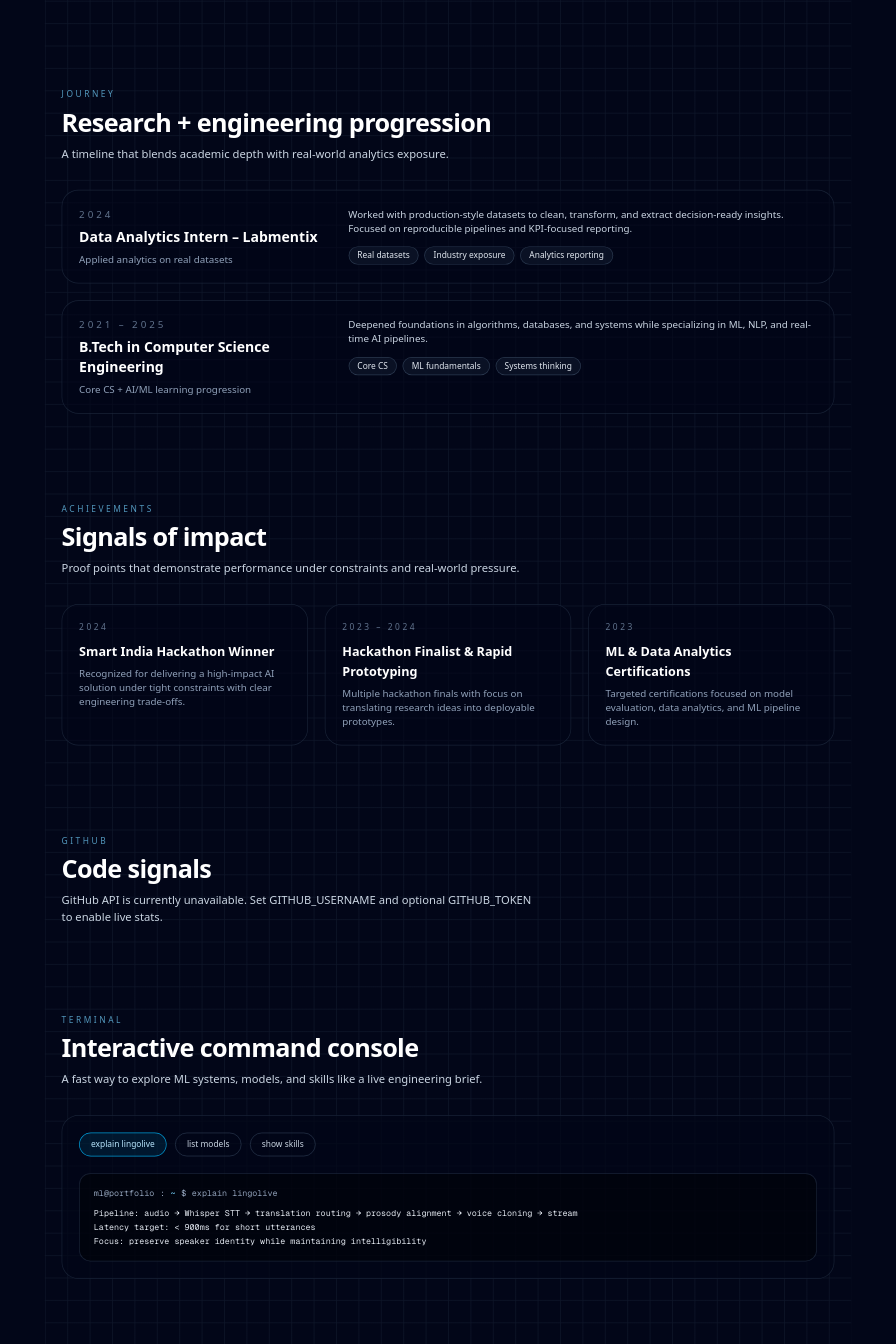
Repository: amitkumar0509/amit-portfolio
Page: /
These files come from the project's save history. The page is drawn as it stood at one moment and after the next save; the edit follows.
The browser window is 1280 px wide. The pictures show the part of the page from y = 4580 to 6500 px (the page is 7726 px tall before and 8091 px after), at 70% of full size.
The page's requests for data from a server got no answer. The project was rebuilt for these pictures with package versions that can differ from the ones it lists, and the page was loaded fresh each time. The framework's server and built-in components were replaced by stand-ins that run in the browser. No one was signed in, and anything a server would have sent is missing. Also part of the build but not shown: next.config.ts.

Above is the page before, as saved 2026-01-31 15:21:27.

### src/app/layout.tsx
import type { Metadata } from "next";
import { Geist, Geist_Mono } from "next/font/google";
import "./globals.css";

const geistSans = Geist({
  variable: "--font-geist-sans",
  subsets: ["latin"],
});

const geistMono = Geist_Mono({
  variable: "--font-geist-mono",
  subsets: ["latin"],
});

export const metadata: Metadata = {
  title: {
    default: "AI & Machine Learning Engineer | Real-Time Intelligent Systems",
    template: "%s | AI/ML Portfolio",
  },
  description:
    "Production-grade portfolio showcasing ML pipelines, data analytics, and real-time AI systems engineering.",
  metadataBase: new URL(
    process.env.NEXT_PUBLIC_SITE_URL ?? "https://example.com"
  ),
  openGraph: {
    title: "AI & Machine Learning Engineer | Real-Time Intelligent Systems",
    description:
      "Production-grade portfolio with ML pipelines, data-driven systems, and real-time AI engineering.",
    type: "website",
  },
  robots: {
    index: true,
    follow: true,
  },
};

export default function RootLayout({
  children,
}: Readonly<{
  children: React.ReactNode;
}>) {
  return (
    <html lang="en">
      <body
        className={`${geistSans.variable} ${geistMono.variable} bg-slate-950 text-slate-100 antialiased`}
      >
        {children}
      </body>
    </html>
  );
}

### src/app/page.tsx
import { Hero } from "@/components/sections/Hero";
import { About } from "@/components/sections/About";
import { Skills } from "@/components/sections/Skills";
import { Projects } from "@/components/sections/Projects";
import { ExperienceTimeline } from "@/components/sections/ExperienceTimeline";
import { Achievements } from "@/components/sections/Achievements";
import { GitHubSignals } from "@/components/sections/GitHubSignals";
import { Contact } from "@/components/sections/Contact";
import { ModelPipelineExplorer } from "@/components/sections/ModelPipelineExplorer";
import { TerminalPanel } from "@/components/sections/TerminalPanel";
import { AIAssistant } from "@/components/sections/AIAssistant";
import { Nav } from "@/components/layout/Nav";
import { Footer } from "@/components/layout/Footer";

export default function Home() {
  return (
    <div className="min-h-screen bg-slate-950 text-white">
      <Nav />
      <main className="lab-grid mx-auto max-w-6xl px-6">
        <Hero />
        <About />
        <Skills />
        <ModelPipelineExplorer />
        <Projects />
        <ExperienceTimeline />
        <Achievements />
        <GitHubSignals />
        <TerminalPanel />
        <AIAssistant />
        <Contact />
      </main>
      <Footer />
    </div>
  );
}

### src/app/globals.css
@import "tailwindcss";

:root {
  --background: #030712;
  --foreground: #e2e8f0;
  --accent: #38bdf8;
  --accent-strong: #6366f1;
}

@theme inline {
  --color-background: var(--background);
  --color-foreground: var(--foreground);
  --font-sans: var(--font-geist-sans);
  --font-mono: var(--font-geist-mono);
}

body {
  background: var(--background);
  color: var(--foreground);
  font-family: var(--font-sans), Arial, Helvetica, sans-serif;
}

html {
  scroll-behavior: smooth;
}

::selection {
  background: rgba(56, 189, 248, 0.35);
  color: #f8fafc;
}

.lab-grid {
  background-image: linear-gradient(
      rgba(15, 23, 42, 0.7) 1px,
      transparent 1px
    ),
    linear-gradient(90deg, rgba(15, 23, 42, 0.7) 1px, transparent 1px);
  background-size: 32px 32px;
}

### src/components/sections/About.tsx
import { SectionHeader } from "@/components/common/SectionHeader";

export function About() {
  return (
    <section id="about" className="scroll-mt-24 py-16">
      <div className="rounded-3xl border border-slate-800/80 bg-slate-950/60 p-10">
        <SectionHeader
          eyebrow="About"
          title="Engineering-first ML practitioner"
          description="I build real-time ML systems with a strong foundation in core CS, data analytics, and deployment-aware engineering."
        />
        <div className="mt-8 grid gap-6 text-sm text-slate-300 lg:grid-cols-2">
          <p>
            Strong computer science fundamentals anchor every system I build:
            reliable data structures, algorithmic efficiency, and careful
            complexity analysis. This foundation helps me ship ML workflows that
            are maintainable, testable, and production-ready.
          </p>
          <p>
            My experience spans hackathon problem-solving and internship exposure
            to real datasets. I focus on clean preprocessing, robust pipelines,
            and measurable outcomes rather than buzzwords. The result is ML
            systems that are explainable, fast, and deployable under real-world
            constraints.
          </p>
        </div>
      </div>
    </section>
  );
}

### src/components/sections/ExperienceTimeline.tsx
import { SectionHeader } from "@/components/common/SectionHeader";
import { timeline } from "@/data/timeline";
import { Pill } from "@/components/common/Pill";

export function ExperienceTimeline() {
  return (
    <section id="experience" className="scroll-mt-24 py-16">
      <SectionHeader
        eyebrow="Journey"
        title="Research + engineering progression"
        description="A timeline that blends academic depth with real-world analytics exposure."
      />
      <div className="mt-10 space-y-6">
        {timeline.map((item) => (
          <div
            key={item.id}
            className="grid gap-6 rounded-3xl border border-slate-800/80 bg-slate-950/60 p-6 md:grid-cols-[0.35fr_0.65fr]"
          >
            <div>
              <p className="text-sm uppercase tracking-[0.3em] text-slate-500">
                {item.period}
              </p>
              <h3 className="mt-2 text-xl font-semibold text-white">
                {item.title}
              </h3>
              <p className="mt-2 text-sm text-slate-400">{item.subtitle}</p>
            </div>
            <div>
              <p className="text-sm text-slate-300">{item.description}</p>
              <div className="mt-4 flex flex-wrap gap-2">
                {item.signals.map((signal) => (
                  <Pill key={signal}>{signal}</Pill>
                ))}
              </div>
            </div>
          </div>
        ))}
      </div>
    </section>
  );
}

### src/components/sections/Achievements.tsx
import { SectionHeader } from "@/components/common/SectionHeader";
import { achievements } from "@/data/achievements";

export function Achievements() {
  return (
    <section id="achievements" className="scroll-mt-24 py-16">
      <SectionHeader
        eyebrow="Achievements"
        title="Signals of impact"
        description="Proof points that demonstrate performance under constraints and real-world pressure."
      />
      <div className="mt-10 grid gap-6 md:grid-cols-3">
        {achievements.map((achievement) => (
          <div
            key={achievement.id}
            className="rounded-3xl border border-slate-800/80 bg-slate-950/60 p-6"
          >
            <p className="text-xs uppercase tracking-[0.3em] text-slate-500">
              {achievement.year}
            </p>
            <h3 className="mt-3 text-lg font-semibold text-white">
              {achievement.title}
            </h3>
            <p className="mt-2 text-sm text-slate-400">
              {achievement.description}
            </p>
          </div>
        ))}
      </div>
    </section>
  );
}

### src/components/sections/TerminalPanel.tsx
"use client";

import { useState } from "react";
import { SectionHeader } from "@/components/common/SectionHeader";
import { terminalCommands } from "@/data/terminal";

export function TerminalPanel() {
  const [active, setActive] = useState(terminalCommands[0]);

  return (
    <section id="terminal" className="scroll-mt-24 py-16">
      <SectionHeader
        eyebrow="Terminal"
        title="Interactive command console"
        description="A fast way to explore ML systems, models, and skills like a live engineering brief."
      />
      <div className="mt-10 rounded-3xl border border-slate-800/80 bg-slate-950/70 p-6">
        <div className="flex flex-wrap gap-3">
          {terminalCommands.map((command) => (
            <button
              key={command.id}
              type="button"
              onClick={() => setActive(command)}
              className={`rounded-full border px-4 py-2 text-xs transition ${
                active.id === command.id
                  ? "border-sky-400/80 bg-sky-400/10 text-sky-200"
                  : "border-slate-700/80 text-slate-300 hover:border-slate-500"
              }`}
            >
              {command.command}
            </button>
          ))}
        </div>
        <div className="mt-6 rounded-2xl border border-slate-800/80 bg-black/40 p-5 font-mono text-xs text-slate-200">
          <div className="flex items-center gap-2 text-slate-400">
            <span>ml@portfolio</span>
            <span>:</span>
            <span className="text-sky-300">~</span>
            <span>$</span>
            <span>{active.command}</span>
          </div>
          <div className="mt-3 space-y-1">
            {active.output.map((line) => (
              <p key={line}>{line}</p>
            ))}
          </div>
        </div>
      </div>
    </section>
  );
}

### src/components/sections/AIAssistant.tsx
"use client";

import { SectionHeader } from "@/components/common/SectionHeader";

export function AIAssistant() {
  return (
    <section id="assistant" className="scroll-mt-24 py-16">
      <SectionHeader
        eyebrow="AI Assistant"
        title="Ask about my ML projects"
        description="A placeholder for future conversational retrieval over project documentation."
      />
      <div className="mt-10 rounded-3xl border border-slate-800/80 bg-slate-950/60 p-6">
        <div className="rounded-2xl border border-slate-800/80 bg-slate-950/70 p-4 text-sm text-slate-300">
          AI assistant is offline. This space will host a retrieval-augmented
          assistant for model pipelines, datasets, and experiment results.
        </div>
        <div className="mt-4 flex flex-col gap-3 sm:flex-row">
          <input
            type="text"
            placeholder="Ask about LingoLive, models, or datasets"
            className="flex-1 rounded-full border border-slate-700/80 bg-slate-950/80 px-4 py-3 text-sm text-slate-200 placeholder:text-slate-500"
          />
          <button
            type="button"
            className="rounded-full bg-sky-400/90 px-6 py-3 text-sm font-semibold text-slate-950"
          >
            Ask
          </button>
        </div>
      </div>
    </section>
  );
}

### src/components/layout/Nav.tsx
export function Nav() {
  const links = [
    { href: "#about", label: "About" },
    { href: "#skills", label: "Skills" },
    { href: "#projects", label: "Projects" },
    { href: "#experience", label: "Journey" },
    { href: "#github", label: "GitHub" },
    { href: "#contact", label: "Contact" },
  ];

  return (
    <header className="sticky top-0 z-40 border-b border-slate-900/80 bg-slate-950/70 backdrop-blur">
      <div className="mx-auto flex max-w-6xl items-center justify-between px-6 py-4">
        <div>
          <p className="text-sm font-semibold text-white">
            AI/ML Systems Engineer
          </p>
          <p className="text-xs text-slate-500">
            Real-time AI • Data pipelines • ML deployment
          </p>
        </div>
        <nav className="hidden gap-6 text-xs uppercase tracking-[0.25em] text-slate-400 md:flex">
          {links.map((link) => (
            <a key={link.href} href={link.href} className="hover:text-slate-200">
              {link.label}
            </a>
          ))}
        </nav>
      </div>
    </header>
  );
}

### src/components/layout/Footer.tsx
export function Footer() {
  return (
    <footer className="border-t border-slate-900/80 py-10">
      <div className="mx-auto flex max-w-6xl flex-col items-center justify-between gap-4 px-6 text-xs text-slate-500 sm:flex-row">
        <p>© 2026 AI/ML Portfolio. Built for research-grade engineering.</p>
        <div className="flex gap-4">
          <a href="#projects" className="hover:text-slate-200">
            Projects
          </a>
          <a href="#contact" className="hover:text-slate-200">
            Contact
          </a>
        </div>
      </div>
    </footer>
  );
}

### src/components/three/NeuralScene.tsx
"use client";

import { Canvas, useFrame } from "@react-three/fiber";
import { Points, PointMaterial } from "@react-three/drei";
import { useMemo, useRef } from "react";
import * as THREE from "three";

type NeuralFieldProps = {
  count?: number;
};

function NeuralField({ count = 900 }: NeuralFieldProps) {
  const pointsRef = useRef<THREE.Points>(null);
  const positions = useMemo(() => {
    const array = new Float32Array(count * 3);
    for (let i = 0; i < count; i += 1) {
      const radius = 1.6 + Math.random() * 2.4;
      const theta = Math.random() * Math.PI * 2;
      const phi = Math.acos(2 * Math.random() - 1);
      array[i * 3] = radius * Math.sin(phi) * Math.cos(theta);
      array[i * 3 + 1] = radius * Math.sin(phi) * Math.sin(theta);
      array[i * 3 + 2] = radius * Math.cos(phi);
    }
    return array;
  }, [count]);

  useFrame(({ clock }) => {
    if (!pointsRef.current) return;
    pointsRef.current.rotation.y = clock.getElapsedTime() * 0.08;
    pointsRef.current.rotation.x = Math.sin(clock.getElapsedTime() * 0.2) * 0.1;
  });

  return (
    <Points ref={pointsRef} positions={positions} stride={3}>
      <PointMaterial
        transparent
        color="#7dd3fc"
        size={0.035}
        sizeAttenuation
        depthWrite={false}
      />
    </Points>
  );
}

export function NeuralScene() {
  return (
    <div className="relative h-[360px] w-full overflow-hidden rounded-3xl border border-slate-800/80 bg-slate-950/60">
      <Canvas camera={{ position: [0, 0, 5], fov: 50 }} dpr={[1, 1.5]}>
        <ambientLight intensity={0.6} />
        <NeuralField />
      </Canvas>
      <div className="pointer-events-none absolute inset-0 bg-[radial-gradient(circle_at_top,rgba(125,211,252,0.2),transparent_60%)]" />
    </div>
  );
}

### src/components/common/SectionHeader.tsx
import type { ReactNode } from "react";

type SectionHeaderProps = {
  eyebrow: string;
  title: string;
  description?: ReactNode;
};

export function SectionHeader({ eyebrow, title, description }: SectionHeaderProps) {
  return (
    <div className="space-y-3">
      <p className="text-xs uppercase tracking-[0.3em] text-sky-300/70">
        {eyebrow}
      </p>
      <h2 className="text-3xl font-semibold tracking-tight text-white sm:text-4xl">
        {title}
      </h2>
      {description ? (
        <p className="max-w-2xl text-base text-slate-300">{description}</p>
      ) : null}
    </div>
  );
}

### src/data/skills.ts
import type { SkillGroup } from "@/types/portfolio";

export const skillGroups: SkillGroup[] = [
  {
    title: "Programming & Core CS",
    skills: ["Python", "SQL", "Data Structures", "Algorithms"],
    description:
      "Solid CS fundamentals with focus on efficient data processing, system thinking, and correctness-first coding.",
  },
  {
    title: "Data & Analytics",
    skills: [
      "Pandas",
      "NumPy",
      "Data Cleaning",
      "Feature Engineering",
      "Exploratory Data Analysis",
    ],
    description:
      "Structured analytics workflow: data sourcing, preprocessing, EDA, and insight generation with business context.",
  },
  {
    title: "Machine Learning & AI",
    skills: [
      "Supervised Learning",
      "Unsupervised Learning",
      "NLP",
      "Speech-to-Text (Whisper)",
      "Translation Systems",
      "Voice Cloning",
      "Model Evaluation Concepts",
      "Pipeline Design",
    ],
    description:
      "Model-centric thinking with an emphasis on measurable outcomes, reproducible pipelines, and deployment-aware design.",
  },
  {
    title: "Tools & Engineering",
    skills: [
      "Git",
      "GitHub",
      "APIs",
      "Experimentation Mindset",
      "Deployment Awareness",
    ],
    description:
      "Engineering rigor that connects data, models, and product delivery with versioned experiments and system reliability.",
  },
];

### src/components/common/Pill.tsx
import type { ReactNode } from "react";

type PillProps = {
  children: ReactNode;
};

export function Pill({ children }: PillProps) {
  return (
    <span className="rounded-full border border-slate-700/80 bg-slate-900/70 px-3 py-1 text-xs font-medium text-slate-200">
      {children}
    </span>
  );
}

### src/data/timeline.ts
import type { TimelineItem } from "@/types/portfolio";

export const timeline: TimelineItem[] = [
  {
    id: "labmentix",
    title: "Data Analytics Intern – Labmentix",
    subtitle: "Applied analytics on real datasets",
    period: "2024",
    description:
      "Worked with production-style datasets to clean, transform, and extract decision-ready insights. Focused on reproducible pipelines and KPI-focused reporting.",
    signals: ["Real datasets", "Industry exposure", "Analytics reporting"],
  },
  {
    id: "btech",
    title: "B.Tech in Computer Science Engineering",
    subtitle: "Core CS + AI/ML learning progression",
    period: "2021 – 2025",
    description:
      "Deepened foundations in algorithms, databases, and systems while specializing in ML, NLP, and real-time AI pipelines.",
    signals: ["Core CS", "ML fundamentals", "Systems thinking"],
  },
];

### src/data/achievements.ts
import type { Achievement } from "@/types/portfolio";

export const achievements: Achievement[] = [
  {
    id: "sih-winner",
    title: "Smart India Hackathon Winner",
    description:
      "Recognized for delivering a high-impact AI solution under tight constraints with clear engineering trade-offs.",
    year: "2024",
    image: {
      src: "/images/sih-winner.png",
      alt: "Smart India Hackathon winner ceremony group photo",
    },
  },
  {
    id: "hackathons",
    title: "Hackathon Finalist & Rapid Prototyping",
    description:
      "Multiple hackathon finals with focus on translating research ideas into deployable prototypes.",
    year: "2023 – 2024",
  },
  {
    id: "certs",
    title: "ML & Data Analytics Certifications",
    description:
      "Targeted certifications focused on model evaluation, data analytics, and ML pipeline design.",
    year: "2023",
  },
];

### src/lib/github.ts
type GitHubProfile = {
  login: string;
  avatar_url: string;
  html_url: string;
  public_repos: number;
  followers: number;
};

type GitHubRepo = {
  id: number;
  name: string;
  html_url: string;
  description: string | null;
  stargazers_count: number;
  language: string | null;
};

const githubUser = process.env.GITHUB_USERNAME ?? "octocat";

const githubHeaders = () => {
  const headers: Record<string, string> = {
    Accept: "application/vnd.github+json",
  };
  if (process.env.GITHUB_TOKEN) {
    headers.Authorization = `Bearer ${process.env.GITHUB_TOKEN}`;
  }
  return headers;
};

export async function getGitHubProfile() {
  const response = await fetch(`https://api.github.com/users/${githubUser}`, {
    headers: githubHeaders(),
    next: { revalidate: 3600 },
  });

  if (!response.ok) {
    throw new Error("Failed to fetch GitHub profile");
  }

  return (await response.json()) as GitHubProfile;
}

export async function getGitHubRepos() {
  const response = await fetch(
    `https://api.github.com/users/${githubUser}/repos?per_page=6&sort=updated`,
    {
      headers: githubHeaders(),
      next: { revalidate: 3600 },
    }
  );

  if (!response.ok) {
    throw new Error("Failed to fetch GitHub repositories");
  }

  const repos = (await response.json()) as GitHubRepo[];

  return repos.filter((repo) => !repo.name.includes("fork"));
}

### src/data/terminal.ts
import type { TerminalCommand } from "@/types/portfolio";

export const terminalCommands: TerminalCommand[] = [
  {
    id: "explain-lingolive",
    command: "explain lingolive",
    output: [
      "Pipeline: audio → Whisper STT → translation routing → prosody alignment → voice cloning → stream",
      "Latency target: < 900ms for short utterances",
      "Focus: preserve speaker identity while maintaining intelligibility",
    ],
  },
  {
    id: "list-models",
    command: "list models",
    output: [
      "- Whisper (streaming speech-to-text)",
      "- Transformer-based translation model",
      "- Speaker-conditioned voice synthesis",
      "- Evaluation harness (WER, MOS, latency budget)",
    ],
  },
  {
    id: "show-skills",
    command: "show skills",
    output: [
      "Core: Python, SQL, Data Structures, Algorithms",
      "Data: Pandas, NumPy, Feature Engineering, EDA",
      "ML: Supervised/Unsupervised, NLP, Whisper, Translation, Voice Cloning",
      "Engineering: Git, APIs, Deployment awareness",
    ],
  },
];

Loaded but not shown: src/components/sections/Projects.tsx (224 lines, source omitted); src/data/projects.ts (118 lines, source omitted); src/components/sections/Contact.tsx (145 lines, source omitted); src/components/sections/GitHubSignals.tsx (87 lines, source omitted); src/components/sections/Hero.tsx (83 lines, source omitted); src/components/sections/Skills.tsx (84 lines, source omitted); src/components/sections/ModelPipelineExplorer.tsx (87 lines, source omitted)

After the next save:
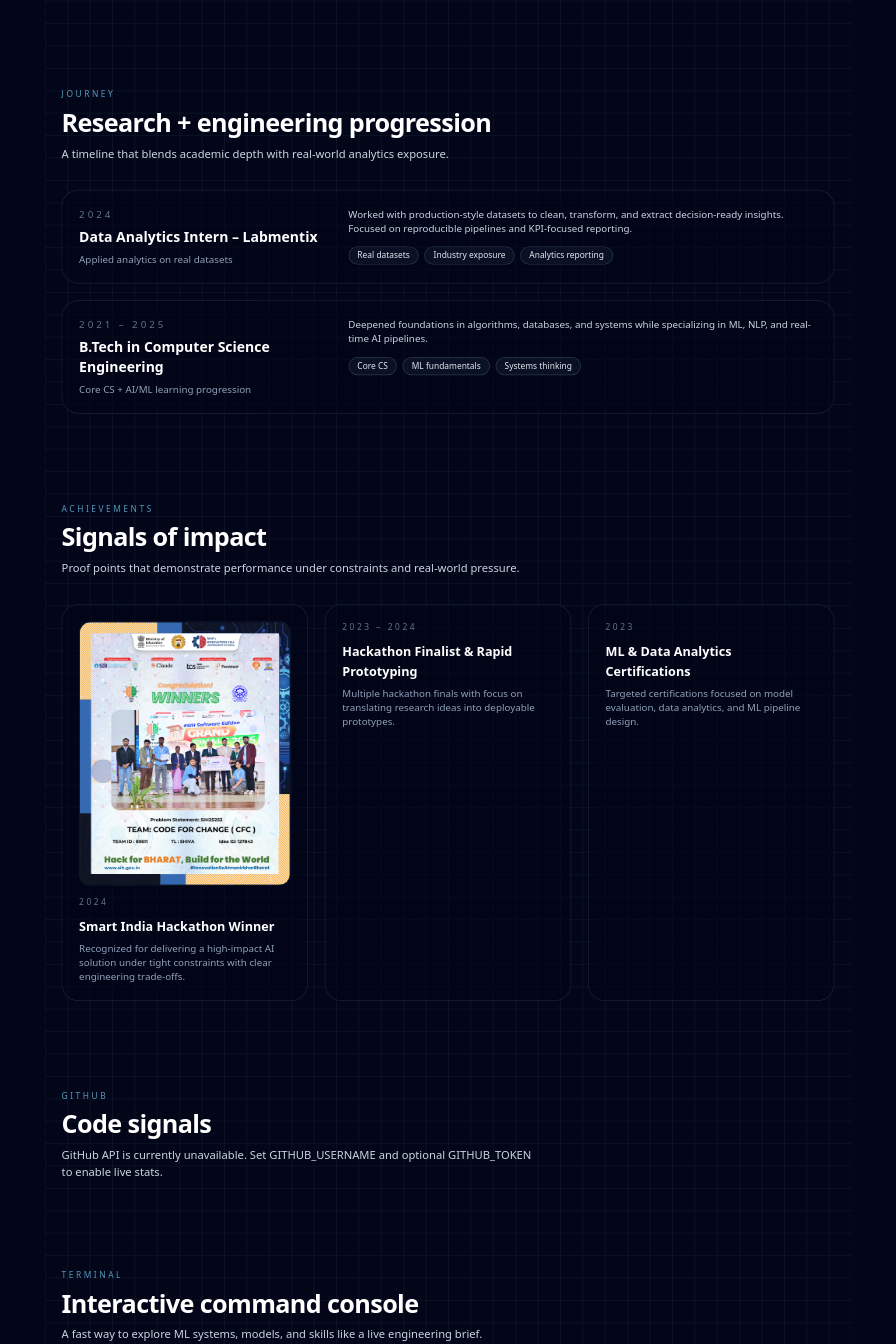
Saved 71 s later.
--- a/src/components/sections/Achievements.tsx
+++ b/src/components/sections/Achievements.tsx
@@ -1,3 +1,5 @@
+import Image from "next/image";
+
 import { SectionHeader } from "@/components/common/SectionHeader";
 import { achievements } from "@/data/achievements";
 
@@ -15,6 +17,17 @@ export function Achievements() {
             key={achievement.id}
             className="rounded-3xl border border-slate-800/80 bg-slate-950/60 p-6"
           >
+            {achievement.image ? (
+              <div className="mb-4 overflow-hidden rounded-2xl border border-slate-800/70 bg-slate-950/60">
+                <Image
+                  src={achievement.image.src}
+                  alt={achievement.image.alt}
+                  width={1200}
+                  height={900}
+                  className="h-auto w-full object-cover"
+                />
+              </div>
+            ) : null}
             <p className="text-xs uppercase tracking-[0.3em] text-slate-500">
               {achievement.year}
             </p>
